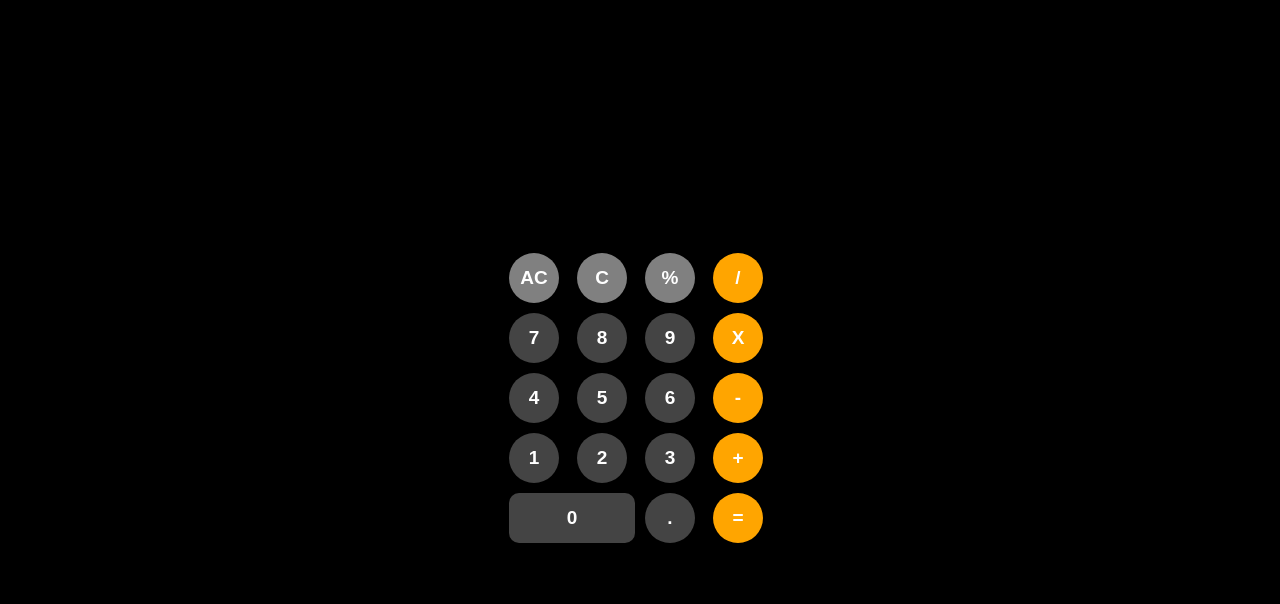
Repository: dmpelaez/calculator
Page: Calculator.html
These files come from the project's save history. The page is drawn as it stood at one moment and after the next save; the edit follows.
The browser window is 1280 px wide. The pictures show the whole page.

Above is the page before, as saved 2025-12-15 22:55:32.

### Calculator.html
<!DOCTYPE html>

  <html>
    <head>

      <title>Calculator</title>

      <!--CSS-->
      <link rel="stylesheet" href="Calculator.css">

    </head>
    <body>
      <!--Container-->
      <main class="container">

        <!--Sections-->
        <section class="Section">

          <!--Input section-->
          <input class="inputSection" name="display" value="" disabled>

          <!--Btns section-->
          <div class="btnSection">
            <button class="btn cancel">AC</button>
            <button class="btn signs" onclick="
            const value = document.querySelector('.inputSection').value.slice(0, -1);
            document.querySelector('.inputSection').value = value;
            answer = value;
            ">C</button>
            <button class="btn rmnder" onclick="appendNumber('%')">%</button>
            <button class="btn divide" onclick="appendNumber(' / ')">/</button>
            <button class="btn seven" onclick="appendNumber('7')">7</button>
            <button class="btn eight" onclick="appendNumber('8')">8</button>
            <button class="btn nine" onclick="appendNumber('9')">9</button>
            <button class="btn times" onclick="appendNumber(' * ')">X</button>
            <button class="btn four" onclick="appendNumber('4')">4</button>
            <button class="btn five" onclick="appendNumber('5')">5</button>
            <button class="btn six" onclick="appendNumber('6')">6</button>
            <button class="btn minus"  onclick="appendNumber(' - ')">-</button>
            <button class="btn one" onclick="appendNumber('1')">1</button>
            <button class="btn two" onclick="appendNumber('2')">2</button>
            <button class="btn three" onclick="appendNumber('3')">3</button>
            <button class="btn plus"  onclick="appendNumber(' + ')">+</button>
            <button class="btn zero" onclick="appendNumber('0')">0</button>
            <button class="btn dot" onclick="appendNumber('.')" >.</button>
            <button class="btn equal" onclick="
            try {
            answer = eval(answer);
            document.querySelector('.inputSection').value = answer;
            } catch {
              document.querySelector('.inputSection').value = 'Error';
            }
            ">=</button>
          </div>
        </section>


      </main>

      <script src="Calculator.js"></script>
    </body>

  </html>

### Calculator.css
body {
  margin: 0;
  padding: 0;
  box-sizing: border-box;
  display: flex;
  align-items: center;
  justify-content: center;
  height: 100vh;
  background: black;
}

.Section {
display: flex;
flex-direction: column;
border: 1px solid black;
border-radius: 10px;
gap: 20px;
background: black;
}
.inputSection {
  color: white;
  padding: 20px;
  padding-bottom: 0px;
  display: flex;
  justify-content: end;
  height: 50px;
  align-items: center;
  font-size: 19px;
  font-weight: bold;
  background: transparent;
  border: none;

}
.btnSection {
  display: grid;
  grid-template-columns: 1fr 1fr 1fr 1fr;
  padding: 20px;
  gap: 10px;
  padding-top: 5px;
}
.btn {
  border: none;
  height: 50px;
  width: 50px;
  border-radius: 50%;
  font-weight: bold;
  Font-size: 19px;
  cursor: pointer;
  color: white;
  background: rgb(68, 68, 68);
}

.equal {
  grid-column: 4
}
.dot {
  grid-column: 3
}
.zero {
  grid-row: 5;
  grid-column: 1 / 2 span;
  background: white;
  width: auto;
  border-radius: 10px;
  background: rgb(68, 68, 68);
}
.cancel,
.signs,
.rmnder {
  background: gray;
}
.divide,
.times,
.minus,
.plus,
.equal {
  background: orange;
}

### Calculator.js

let answer = '';



function appendNumber(num) {
  answer += num;

document.querySelector('.inputSection')
.value = answer;

};


document.querySelector('.cancel')
.addEventListener('click', () => {
  answer = '';
  document.querySelector('.inputSection')
.value = answer;
})

After the next save:
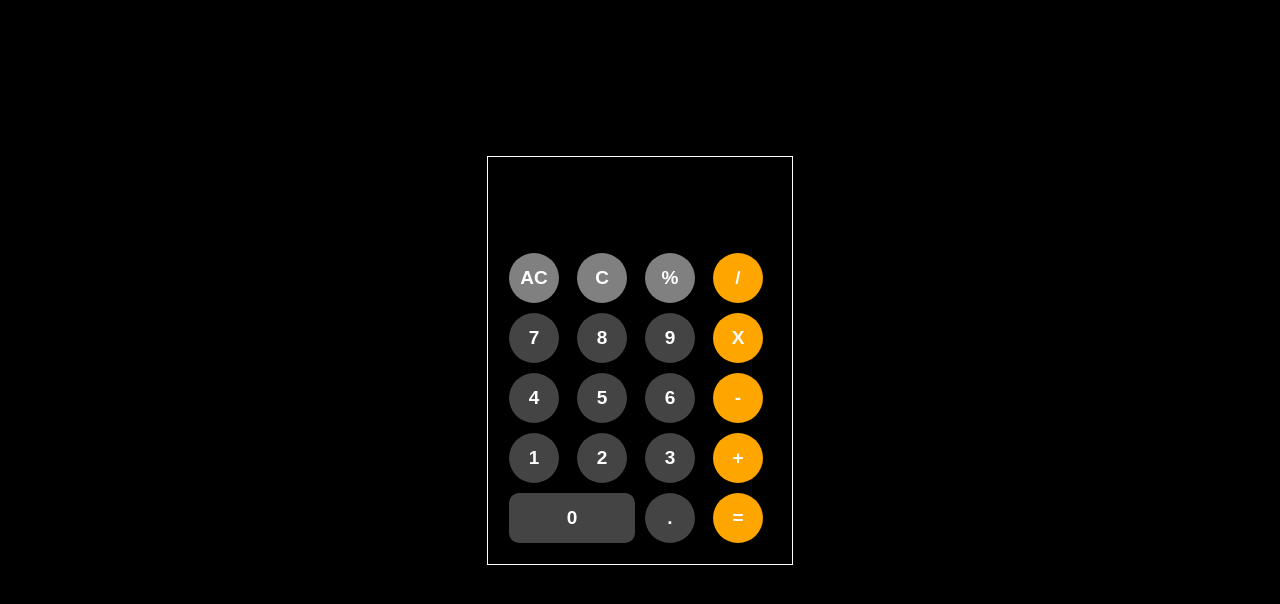
Saved 34 s later.
--- a/Calculator.css
+++ b/Calculator.css
@@ -7,6 +7,10 @@ body {
   justify-content: center;
   height: 100vh;
   background: black;
+}
+
+.container {
+  border: 1px solid white;
 }
 
 .Section {
